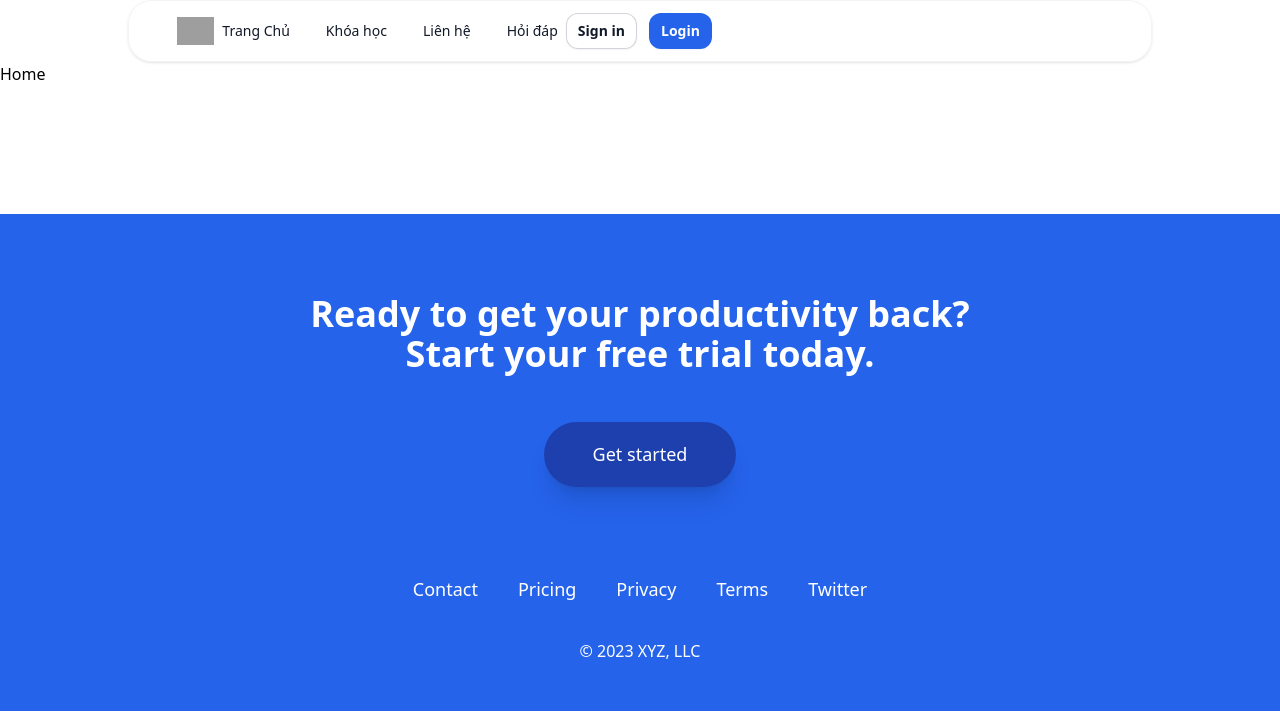
Repository: HzTung/quiz_laravel_vue
Page: / (app in Frontend/)
The author's editor kept a copy of each file at every save. The page is drawn from the files as they stood at one save, then again after the next save.
The browser window is 1280 px wide. The pictures show the whole page.
Pictures or frames that could not be fetched are drawn as grey boxes. The project was rebuilt for these pictures with package versions that can differ from the ones it lists, and the page was loaded fresh each time. Also part of the build but not shown: Frontend/vite.config.js, Frontend/src/views/Login.vue, Frontend/src/views/SignUp.vue.

Above is the page before, as saved 2024-08-09 12:58:10.

### Frontend/src/main.js
import { createApp } from "vue";
import "tailwindcss/tailwind.css";
import "./style.css";
import router from "./router";
import App from "./App.vue";

createApp(App).use(router).mount("#app");

### Frontend/src/router/index.js
import { createRouter, createWebHistory } from "vue-router";
import Login from "../views/Login.vue";
import SignUp from "../views/SignUp.vue";
import client from "../layout/client.vue";
import Home from "../views/Home.vue";

const routes = [
    {
        path: "/",
        name: "home",
        component: client,
        children: [
            {
                path: "/",
                name: "index",
                component: Home,
            },
            {
                path: "login",
                name: "login",
                component: Login,
            },
            {
                path: "signup",
                name: "signup",
                component: SignUp,
            },
        ],
    },
];
const router = createRouter({
    history: createWebHistory(),
    routes,
});

export default router;

### Frontend/src/App.vue
<script setup></script>

<template><router-view></router-view></template>

<style scoped></style>

### Frontend/src/layout/client.vue
<template>
    <HeaderView></HeaderView>
    <router-view></router-view>
    <FooterView></FooterView>
</template>

<script setup>
import HeaderView from "../components/HeaderView.vue";
import FooterView from "../components/FooterView.vue";
</script>

### Frontend/src/components/HeaderView.vue
<template>
    <header
        class="flex inset-x-0 top-0 z-30 mx-auto w-full max-w-screen-md border border-gray-100 bg-white/80 py-3 shadow backdrop-blur-lg md:top-6 md:rounded-3xl lg:max-w-screen-lg mx-auto flex max-w-7xl items-center justify-between p-6 lg:px-8"
    >
        <div class="px-4">
            <div class="flex items-center justify-between">
                <div class="flex shrink-0">
                    <a aria-current="page" class="flex items-center" href="/">
                        <img
                            class="h-7 w-auto"
                            src="https://upload.wikimedia.org/wikipedia/commons/f/fa/Apple_logo_black.svg"
                            alt=""
                        />
                        <p class="sr-only">Website Title</p>
                    </a>
                </div>
                <div
                    class="hidden md:flex md:items-center md:justify-center md:gap-5"
                >
                    <router-link
                        :to="{ name: 'home' }"
                        aria-current="page"
                        class="inline-block rounded-lg px-2 py-1 text-sm font-medium text-gray-900 transition-all duration-200 hover:bg-gray-100 hover:text-gray-900"
                        >Trang Chủ
                    </router-link>
                    <a
                        class="inline-block rounded-lg px-2 py-1 text-sm font-medium text-gray-900 transition-all duration-200 hover:bg-gray-100 hover:text-gray-900"
                        href="#"
                        >Khóa học</a
                    >
                    <a
                        class="inline-block rounded-lg px-2 py-1 text-sm font-medium text-gray-900 transition-all duration-200 hover:bg-gray-100 hover:text-gray-900"
                        href="#"
                        >Liên hệ</a
                    >
                    <a
                        class="inline-block rounded-lg px-2 py-1 text-sm font-medium text-gray-900 transition-all duration-200 hover:bg-gray-100 hover:text-gray-900"
                        href="#"
                        >Hỏi đáp</a
                    >
                </div>
                <div class="flex items-center justify-end gap-3">
                    <a
                        class="hidden items-center justify-center rounded-xl bg-white px-3 py-2 text-sm font-semibold text-gray-900 shadow-sm ring-1 ring-inset ring-gray-300 transition-all duration-150 hover:bg-gray-50 sm:inline-flex"
                        href="/login"
                        >Sign in</a
                    >
                    <router-link :to="{ name: 'login' }"
                        ><a
                            href=""
                            class="inline-flex items-center justify-center rounded-xl bg-blue-600 px-3 py-2 text-sm font-semibold text-white shadow-sm transition-all duration-150 hover:bg-blue-500 focus-visible:outline focus-visible:outline-2 focus-visible:outline-offset-2 focus-visible:outline-blue-600"
                            >Login</a
                        ></router-link
                    >
                </div>
            </div>
        </div>
    </header>
</template>

### Frontend/src/components/FooterView.vue
<template>
    <footer
        class="mt-20 xl:mt-32 mx-auto w-full relative text-center bg-blue-600 text-white"
    >
        <div class="px-6 py-8 md:py-14 xl:pt-20 xl:pb-12">
            <h2 class="font-bold text-3xl xl:text-4xl leading-snug">
                Ready to get your productivity back?<br />Start your free trial
                today.
            </h2>
            <a
                class="mt-8 xl:mt-12 px-12 py-5 text-lg font-medium leading-tight inline-block bg-blue-800 rounded-full shadow-xl border border-transparent hover:bg-sky-700 focus:outline-none focus:ring-2 focus:ring-offset-2 focus:ring-offset-sky-999 focus:ring-sky-500"
                href="#"
                >Get started</a
            >
            <div class="mt-14 xl:mt-20">
                <nav class="flex flex-wrap justify-center text-lg font-medium">
                    <div class="px-5 py-2"><a href="#">Contact</a></div>
                    <div class="px-5 py-2"><a href="#">Pricing</a></div>
                    <div class="px-5 py-2"><a href="#">Privacy</a></div>
                    <div class="px-5 py-2"><a href="#">Terms</a></div>
                    <div class="px-5 py-2"><a href="#">Twitter</a></div>
                </nav>
                <p class="mt-7 text-base">© 2023 XYZ, LLC</p>
            </div>
        </div>
    </footer>
</template>

Loaded but not shown: Frontend/index.html (common file); Frontend/src/style.css (common file); Frontend/src/views/Home.vue (common file); Frontend/tailwind.config.js (common file)

After the next save:
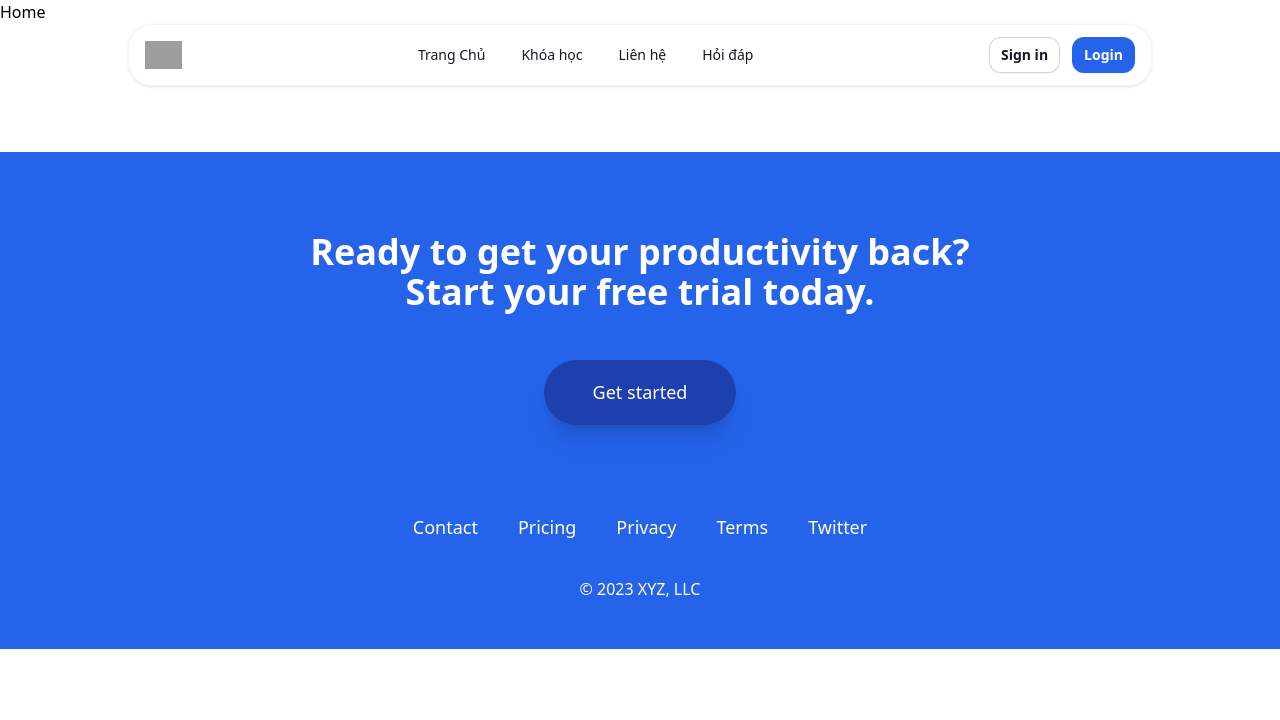
Saved 12 s later.
--- a/Frontend/src/components/HeaderView.vue
+++ b/Frontend/src/components/HeaderView.vue
@@ -1,6 +1,6 @@
 <template>
     <header
-        class="flex inset-x-0 top-0 z-30 mx-auto w-full max-w-screen-md border border-gray-100 bg-white/80 py-3 shadow backdrop-blur-lg md:top-6 md:rounded-3xl lg:max-w-screen-lg mx-auto flex max-w-7xl items-center justify-between p-6 lg:px-8"
+        class="fixed inset-x-0 top-0 z-30 mx-auto w-full max-w-screen-md border border-gray-100 bg-white/80 py-3 shadow backdrop-blur-lg md:top-6 md:rounded-3xl lg:max-w-screen-lg"
     >
         <div class="px-4">
             <div class="flex items-center justify-between">
